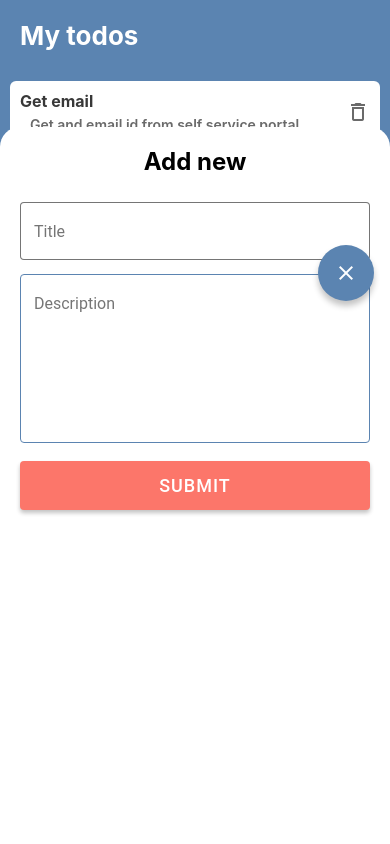
Repository: sadarsh216/Todo-App
Page: /, after clicking the first element matching `button.css-view-175oi2r`
An editor plug-in stored every save of this project. The page is shown before and after the next save, followed by the edit.
The browser window is 390 px wide. The pictures show the whole page.
The app was drawn by React Native's web renderer in a window 390 px wide. The project was rebuilt for these pictures with package versions that can differ from the ones it lists, and the page was loaded fresh each time.

Above is the page before, as saved 2021-10-09 15:25:28.

### App.tsx
import { StatusBar } from "expo-status-bar";
import React, { useRef } from "react";
import {
  SafeAreaView,
  ScrollView,
  StyleSheet,
  Text,
  TouchableWithoutFeedback,
  View,
  Animated,
  Easing,
} from "react-native";
import Todos from "./Pages/Todos";
import { FAB } from "react-native-paper";
import Modal from "./components/Modal";
import * as Animatable from "react-native-animatable";
import { COLORS } from "./theme/Colors";

export default function App() {
  const [showAdd, setAdd] = React.useState(false);

  return (
    <>
      <SafeAreaView>
        <View style={styles.container}>
          <ScrollView>
            <Text style={styles.heading}>My todos</Text>
            <Todos />
          </ScrollView>
          {showAdd && (
            <Animatable.View style={styles.modal} animation="fadeInUpBig">
              <TouchableWithoutFeedback onPress={() => alert("")}>
                <Modal />
              </TouchableWithoutFeedback>
            </Animatable.View>
          )}
        </View>
        <FAB
          style={{
            ...styles.fab,
            backgroundColor: showAdd ? COLORS.primary : COLORS.accent,
          }}
          icon={showAdd ? "close" : "plus"}
          onPress={() => setAdd(!showAdd)}
        />
      </SafeAreaView>
    </>
  );
}

const styles = StyleSheet.create({
  container: {
    height: "100%",
    backgroundColor: COLORS.primary,
  },
  heading: {
    color: "white",
    fontSize: 26,
    fontWeight: "bold",
    margin: 20,
  },
  fab: {
    color: "#fff",
    position: "absolute",
    margin: 16,
    right: 0,
    bottom: 0,
  },
  modal: {
    position: "absolute",
    bottom: 0,
    height: "60%",
    width: "100%",
    display: "flex",
    backgroundColor: "white",
    borderTopRightRadius: 20,
    borderTopLeftRadius: 20,
    elevation: 4,
    padding: 10,
  },
});

### Pages/Todos.tsx
import React from "react";
import { View, Text, StyleSheet, TouchableOpacity } from "react-native";
import { MaterialCommunityIcons } from "@expo/vector-icons";

export default function Todos() {
  const [todos, setTodos] = React.useState([
    {
      title: "Get email",
      description: "Get and email id from self service portal",
      id: 0,
    },
    { title: "Test 1", description: "this is a test data for test 1", id: 1 },
    { title: "Test 2", description: "this is a test data for test 2 ", id: 2 },
  ]);
  const deleteTodo = () => {
    alert("deleted");
  };
  return (
    <>
      {todos.map((item, key) => (
        <View key={item.id} style={styles.card}>
          <View style={styles.details}>
            <Text style={styles.title}>{item.title}</Text>
            <Text style={styles.desc}>{item.description}</Text>
          </View>
          <View style={styles.deleteSection}>
            <TouchableOpacity onPress={deleteTodo}>
              <MaterialCommunityIcons
                name="delete-outline"
                size={24}
                color="#6a6a6a"
              />
            </TouchableOpacity>
          </View>
        </View>
      ))}
    </>
  );
}

const styles = StyleSheet.create({
  card: {
    display: "flex",
    flexDirection: "row",
    backgroundColor: "#fff",
    margin: 10,
    borderRadius: 6,
    elevation: 4,
    padding: 10,
  },
  title: {
    fontSize: 16,
    marginBottom: 5,
    fontWeight: "bold",
    color: "#383838",
  },
  desc: {
    paddingHorizontal: 10,
    fontWeight: "600",
    color: "#6a6a6a",
  },
  details: {
    flex: 2,
  },
  deleteSection: {
    justifyContent: "center",
  },
});

### components/Modal.tsx
import { Formik } from "formik";
import React from "react";
import {
  View,
  Text,
  StyleSheet,
  TouchableWithoutFeedback,
  ActionSheetIOS,
} from "react-native";
import { Button, TextInput } from "react-native-paper";
import { COLORS } from "../theme/Colors";
import * as yup from "yup";

const todoSchema = yup.object({
  title: yup.string().required().min(4),
  description: yup.string().required().min(10).max(250),
});

export default function Modal() {
  return (
    <View>
      <Text style={styles.heading}>Add new</Text>
      <Formik
        initialValues={{ title: "", description: "", id: "" }}
        validationSchema={todoSchema}
        onSubmit={(values, actions) => {
          // submit function
          actions.resetForm();
          alert(values);
        }}
      >
        {(props) => (
          <View style={styles.formContainer}>
            <TextInput
              style={styles.input}
              label="Title"
              placeholder="Enter title"
              onChangeText={props.handleChange("title")}
              value={props.values.title}
              mode="outlined"
              error={props.touched.title && props.errors.title ? true : false}
              onBlur={props.handleBlur("title")}
            />
            <Text style={styles.error}>
              {props.touched.title && props.errors.title}
            </Text>
            <TextInput
              style={styles.input}
              outlineColor={COLORS.primary}
              label="Description"
              placeholder="Enter Description"
              onChangeText={props.handleChange("description")}
              value={props.values.description}
              onBlur={props.handleBlur("description")}
              error={
                props.touched.description && props.errors.description
                  ? true
                  : false
              }
              mode="outlined"
              multiline={true}
              numberOfLines={7}
            />
            <Text style={styles.error}>
              {props.touched.description && props.errors.description}
            </Text>
            <Button
              onPress={props.handleSubmit}
              style={styles.submitBtn}
              color="white"
            >
              <Text style={{ fontSize: 18 }}>Submit</Text>
            </Button>
          </View>
        )}
      </Formik>
    </View>
  );
}

const styles = StyleSheet.create({
  heading: {
    textAlign: "center",
    fontWeight: "bold",
    fontSize: 24,
    margin: 10,
  },
  formContainer: {
    padding: 10,
    justifyContent: "space-around",
  },
  input: {
    marginBottom: 10,
    backgroundColor: "white",
  },
  submitBtn: {
    marginTop: 10,
    paddingVertical: 5,
    backgroundColor: COLORS.secondary,
    elevation: 4,
  },
  error: {
    color: "red",
    marginTop:-2
  },
});

### theme/Colors.tsx
export const COLORS = {
  primary: "#5B84B1FF",
  primaryText: "#000000FF",
  text: "#6a6a6a",
  secondary: "#FC766AFF",
  accent: "#FCF6F5FF",
};

After the next save:
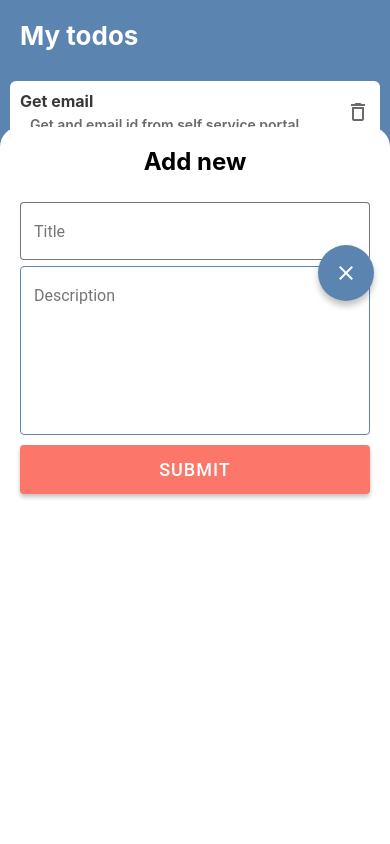
Saved 5 s later.
--- a/components/Modal.tsx
+++ b/components/Modal.tsx
@@ -101,6 +101,6 @@ const styles = StyleSheet.create({
   },
   error: {
     color: "red",
-    marginTop:-2
+    marginTop:-10
   },
 });
